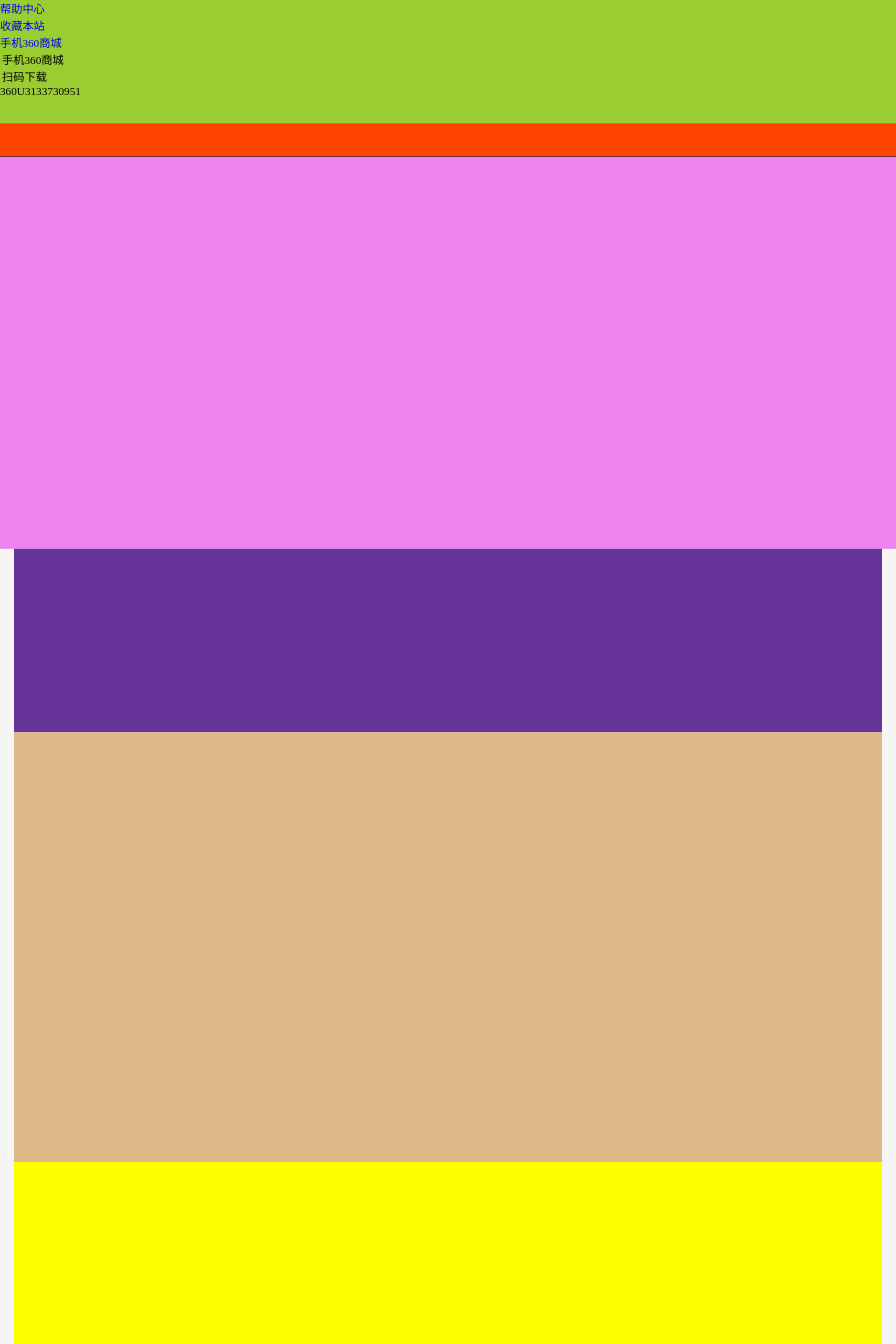
Repository: zhanguangJ/360Mark
Page: main.html
An editor plug-in stored every save of this project. The page is shown before and after the next save, followed by the edit.
The browser window is 1280 px wide. The pictures show the part of the page from y = 0 to 1920 px (the page is 4307 px tall), at 70% of full size.

Above is the page before, as saved 2019-05-07 21:23:23.

After the next save:
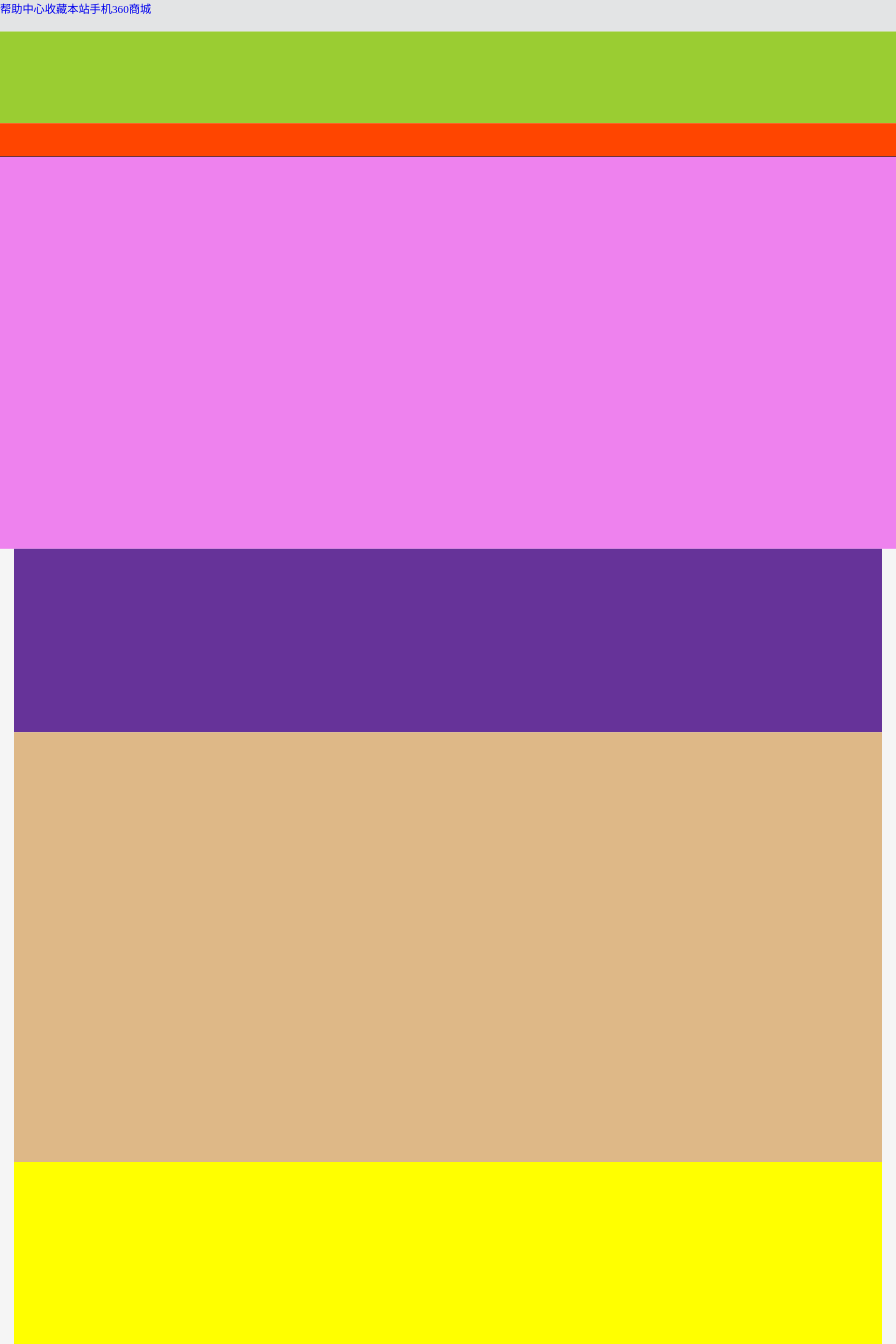
Saved 54 s later.
--- a/main.html
+++ b/main.html
@@ -13,81 +13,12 @@
     <div class="mod-header">
         <!-- 顶部 -->
         <div class="topbox con">
-            <div class="top-container">
-                <ul>
+            <ul>
+                <li class="topbox-item fl"><a href="javascript:;">帮助中心</a></li>
+                 <li class="topbox-item fl"><a class="js-connect" href="javascript:;">收藏本站</a></li>
+                <li class="topbox-item fl"><a class="js-connect" href="javascript:;">手机360商城</a></li>
+            </ul>
 
-                    <li class="topbox-item leftitem"><a href="javascript:;">帮助中心</a></li>
-                    <li class="topbox-item leftitem"><a  class="js-connect" href="javascript:;">收藏本站</a></li>
-
-
-
-
-                   <li class="topbox-item rightitem codebtn">
-                        <a data-monitor="public_top_app" target="_blank" href="/download" class="telshop"><i></i>手机360商城</a>
-                        <div class="codebox">
-                            <table>
-                                <tbody>
-                                    <tr>
-                                        <td>
-                                            <div class="codeimgbox">
-                                                <!-- 二维码图片 -->
-                                                <img src="">
-                                            </div>
-                                        </td>
-                                        <td class="codecontbox">
-                                            <p class="codetit">手机360商城</p>
-                                            <p class="codecont">扫码下载</p>
-                                        </td>
-                                    </tr>
-                                </tbody>
-                            </table>
-                        </div>
-                    </li>
-                    <li class="topbox-item rightitem topNavMyOrder" style="margin-right: -10px; display: none;"><a data-monitor="public_top_order" href="/user/myorder" target="_blank">我的订单</a></li>
-
-                    <li class="topbox-item rightitem navloginbox">
-                        <div class="loginbefore nloginWrap" style="display: none;">
-                            <a class="btn-login-pop" onclick="return false;" href="javascript:;" data-monitor="public_top_login">登录</a>
-                            <a class="btn-reg-pop" onclick="return false;" href="javascript:;" data-monitor="public_top_registe">注册</a>
-                        </div>
-                        <div class="loginafter loginWrap" style="">
-                            <span class="top-uname popUsername">360U3133730951</span>
-                            <div class="popbox" style="display: none;">
-                                <a class="top-uname popUsername" href="/user" target="_blank" data-monitor="public_top_user">360U3133730951</a>
-                                <ul class="topuserbox">
-                                    <li>
-                                        <a href="/user/myorder" target="_blank" data-monitor="public_top_myorder">我的订单</a>
-                                    </li>
-                                    <li>
-                                        <a href="/user/mycoupon" target="_blank" data-monitor="public_top_mycoupon">我的优惠券</a>
-                                    </li>
-                                    <li>
-                                        <a href="/user/myfavorite" target="_blank" data-monitor="public_top_myfavorite">我的喜欢</a>
-                                    </li>
-                                    <!-- <li>
-                                        <a href="/user/try" target="_blank" data-monitor='public_top_try'>我的试用</a>
-                                    </li> -->
-                                    <li>
-                                        <a href="/user/mycoin" target="_blank" data-monitor="public_top_point">我的积分</a>
-                                    </li>
-                                    <li>
-                                        <a href="/user/book" target="_blank" data-monitor="public_top_book">我的预约</a>
-                                    </li>
-                                    <li>
-                                        <a href="/user/address" target="_blank" data-monitor="public_top_address">收货地址</a>
-                                    </li>
-                                    <li>
-                                        <a href="//i.360.cn/" target="_blank" data-monitor="public_top_set">账号设置</a>
-                                    </li>
-                                    <li>
-                                        <a class="btn-logout-pop" href="javascript:;" data-monitor="public_top_out">退出登录</a>
-                                    </li>
-                                </ul>
-                            </div>
-                        </div>
-                    </li>
-                </ul>
-            </div>
         </div>
         <!-- logo加搜索区 -->
         <div class="top-container con"></div>
